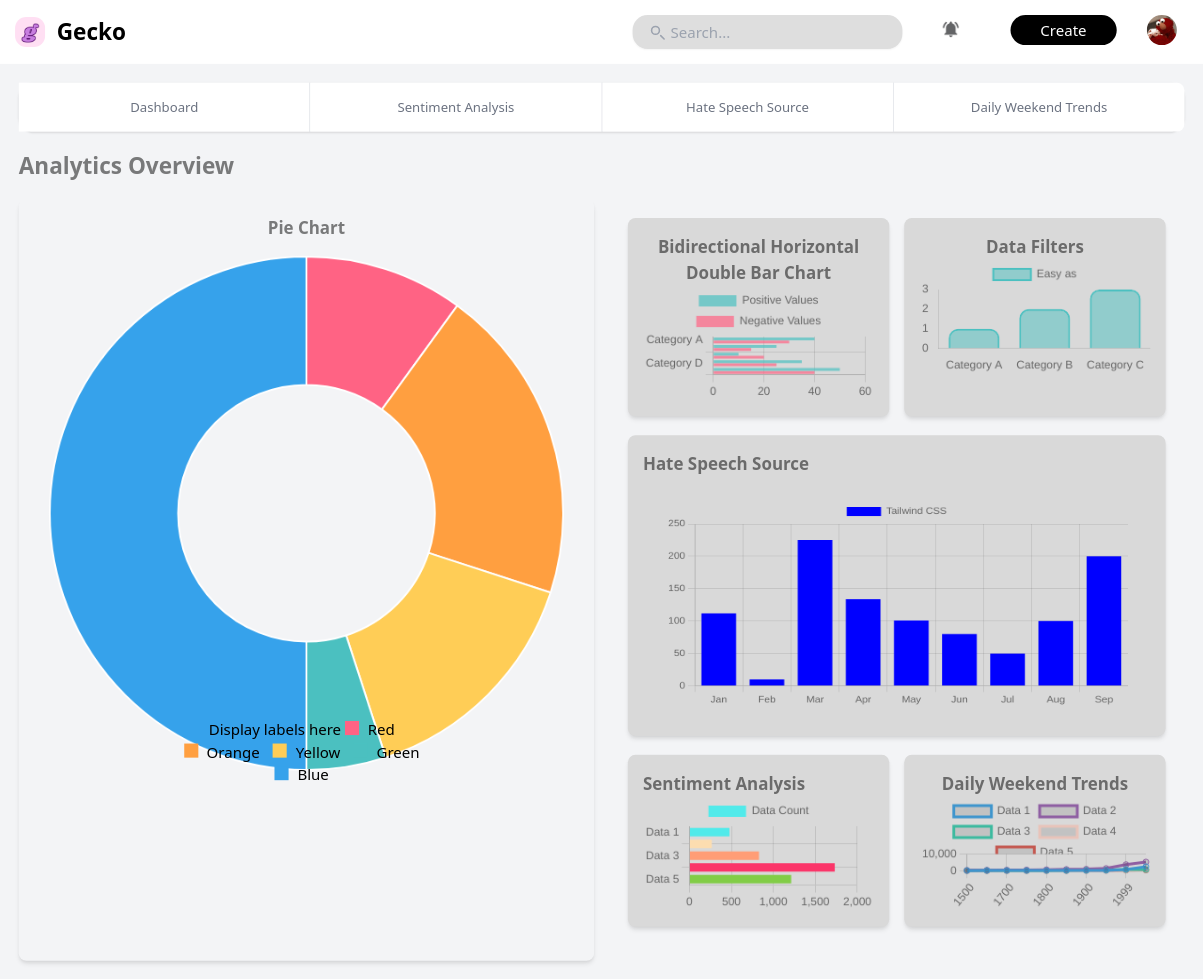
Repository: theamgri/thesis-website-nextjs
Page: website.html
The author's editor kept a copy of each file at every save. The page is drawn from the files as they stood at one save, then again after the next save.
The browser window is 1280 px wide. The pictures show the whole page, at 94% of full size.

Above is the page before, as saved 2023-10-06 21:03:53.

After the next save:
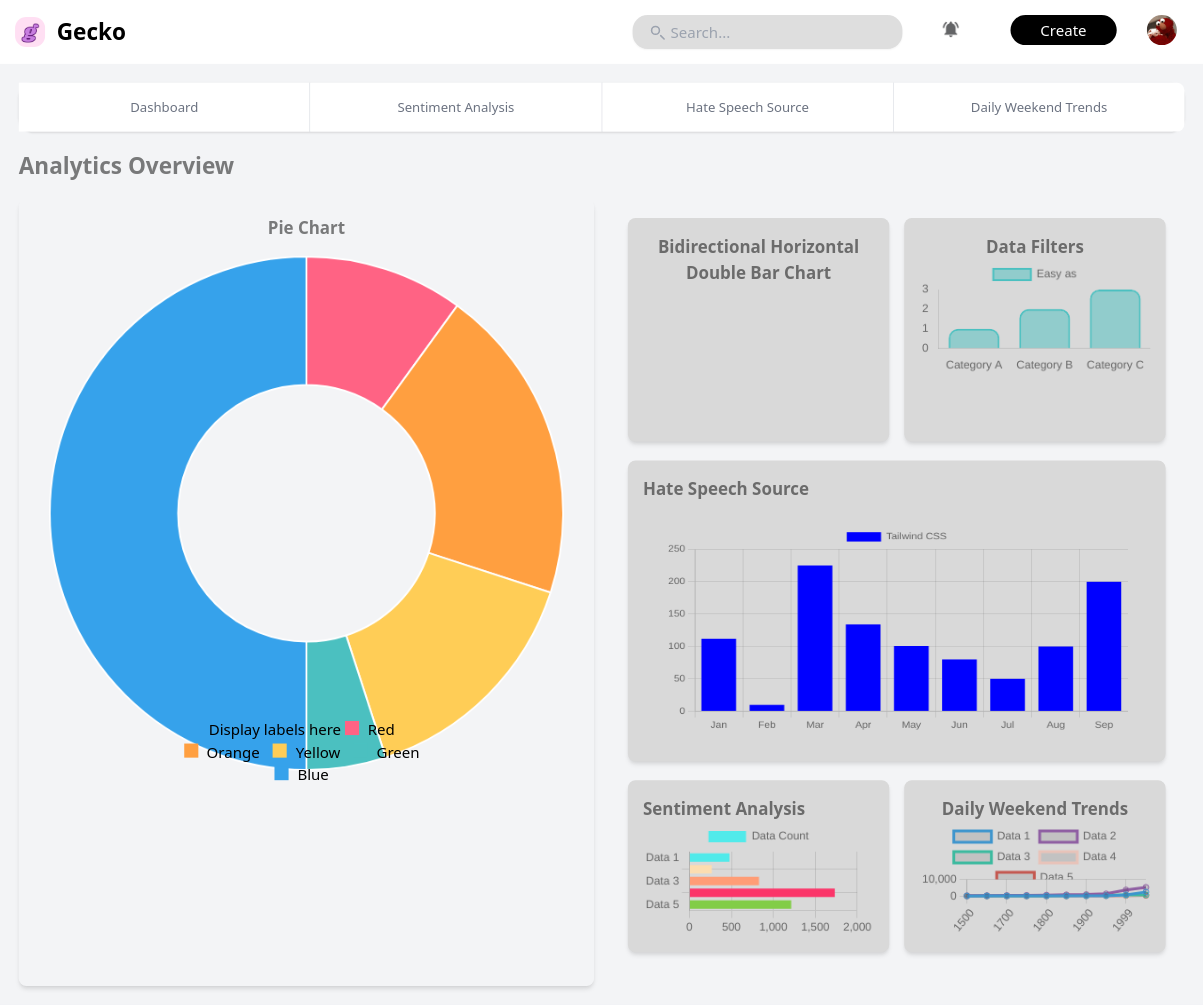
Console error: TypeError: Cannot read properties of null (reading 'getContext')
Saved 10 s later.
--- a/website.html
+++ b/website.html
@@ -205,12 +205,12 @@
             <script src="https://cdn.jsdelivr.net/npm/chart.js"></script>
 
             <script>
-                // Data for the bidirectional horizontal double bar chart
+                // Data for the bidirectional double bar graph
                 const label = ['Category A', 'Category B', 'Category C', 'Category D', 'Category E'];
-                const positiveValues = [40, 25, 10, 35, 50];
-                const negativeValues = [-30, -15, -20, -25, -40];
-
-                const ctx = document.getElementById('bidirectional-horizontal-double-bar-chart').getContext('2d');
+                const dataset1 = [40, 25, 10, 35, 50];
+                const dataset2 = [-30, -15, -20, -25, -40];
+
+                const ctx = document.getElementById('bidirectional-double-bar-graph').getContext('2d');
                 new Chart(ctx, {
                     type: 'bar',
                     data: {
@@ -218,21 +218,24 @@
                         datasets: [
                             {
                                 label: 'Positive Values',
-                                data: positiveValues,
+                                data: dataset1,
                                 backgroundColor: 'rgba(75, 192, 192, 0.7)',
                             },
                             {
                                 label: 'Negative Values',
-                                data: negativeValues.map(value => Math.abs(value)), // Convert to positive
+                                data: dataset2,
                                 backgroundColor: 'rgba(255, 99, 132, 0.7)',
                             },
                         ]
                     },
                     options: {
                         responsive: true,
-                        indexAxis: 'y', // Horizontal bars
                         scales: {
                             x: {
+                                beginAtZero: true,
+                                stacked: true,
+                            },
+                            y: {
                                 beginAtZero: true,
                             },
                         },

After the save that followed:
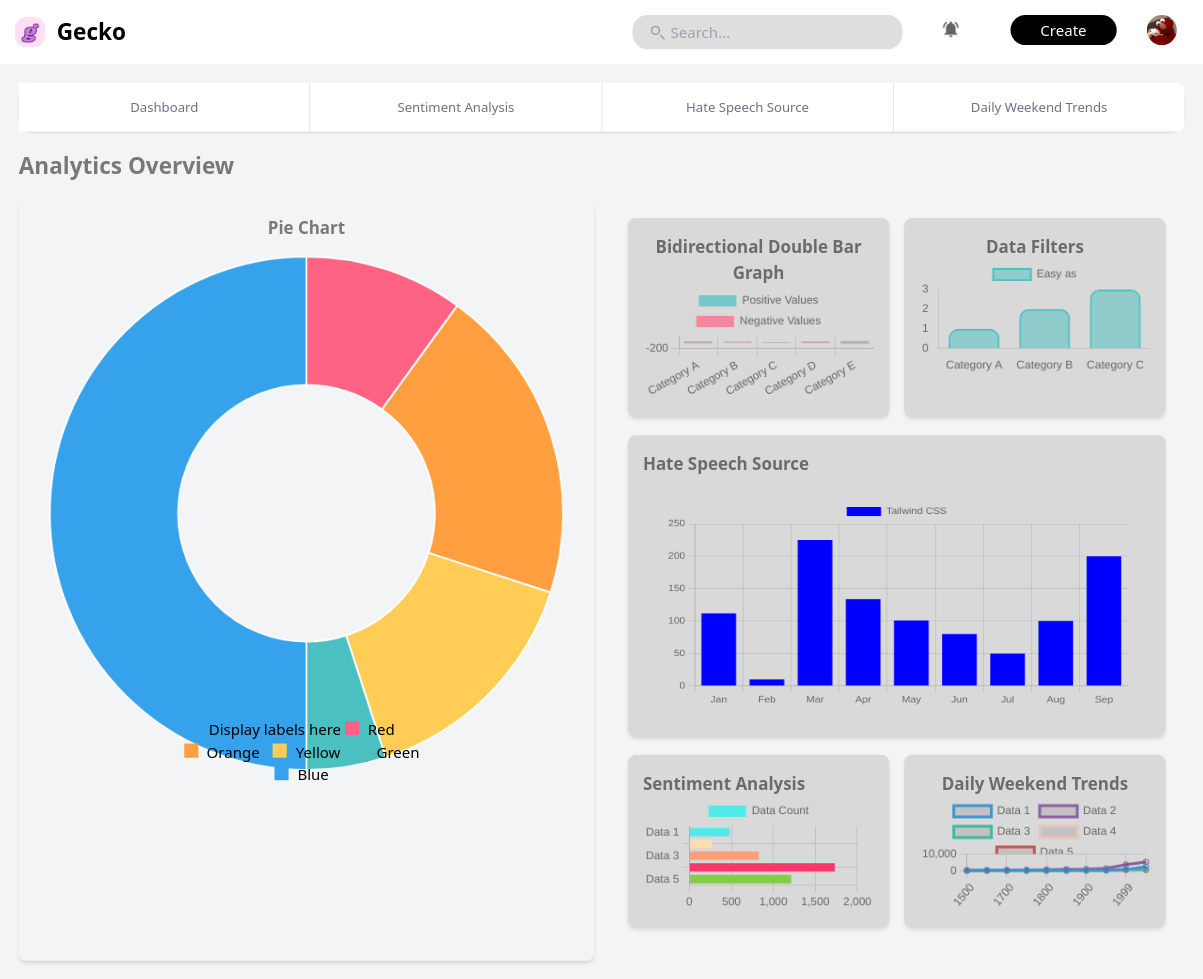
The error is gone.
Saved 5 s later.
--- a/website.html
+++ b/website.html
@@ -197,8 +197,8 @@
     <div class="m-5 grid grid-cols-1 md:grid-cols-2 lg:grid-cols-2 xl:grid-cols-2 gap-4">
         <!-- Container 1 -->
         <div class="bg-white p-4 rounded-lg shadow-md" style="background-color: #D9D9D9;">
-            <h2 class="text-lg text-center opacity-50 font-semibold">Bidirectional Horizontal Double Bar Chart</h2>
-            <canvas id="bidirectional-horizontal-double-bar-chart"></canvas>
+            <h2 class="text-lg text-center opacity-50 font-semibold">Bidirectional Double Bar Graph</h2>
+            <canvas id="bidirectional-double-bar-graph"></canvas>
         </div>
 
 
